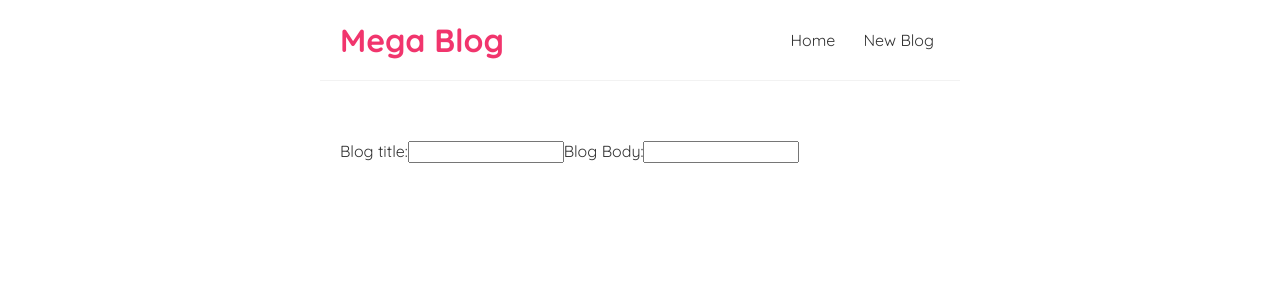
Repository: Amr-Hendawy/blog
Page: /create
An editor plug-in stored every save of this project. The page is shown before and after a run of saves, followed by the edit.
The browser window is 1280 px wide. The pictures show the whole page.
The project was rebuilt for these pictures with package versions that can differ from the ones it lists, and the page was loaded fresh each time. A package was used in the major version that the imports need, not the one package.json lists. Also part of the build but not shown: src/Components/BlogList/BlogList.js, src/Components/Home/Home.css, src/Components/useFetch/useFetch.js, src/Components/Home/Home.js, src/Components/BlogDetails/BlogDetails.js.

Above is the page before, as saved 2022-11-09 19:41:21.

### src/index.css
@import url("https://fonts.googleapis.com/css2?family=Quicksand:wght@300;400;500;600;700&display=swap");
/* base styles */
* {
  margin: 0;
  font-family: "Quicksand";
  color: #333;
}
.navbar {
  padding: 20px;
  display: flex;
  align-items: center;
  max-width: 600px;
  margin: 0 auto;
  border-bottom: 1px solid #f2f2f2;
}
.navbar h1 {
  color: #f1356d;
}
.navbar .links {
  margin-left: auto;
}
.navbar a {
  margin-left: 16px;
  text-decoration: none;
  padding: 6px;
}
.navbar a:hover {
  color: #f1356d;
}
.content {
  max-width: 600px;
  margin: 40px auto;
  padding: 20px;
}
/*blog previews / list*/

.blog-preview {
  padding: 10px 16px;
  margin: 20px 0;
  border-bottom: 1px solid rgba(0, 0, 0, 0.1);
}

.blog-preview:hover {
  box-shadow: 1px 3px 5px rgba(0, 0, 0, 0.1);
}
.blog-preview h2 {
  font-size: 20px;
  color: #f1356d;
  margin-bottom: 8px;
}
.blog-preview a {
  text-decoration: none;
}

### src/App.js
import Home from "./Components/Home/Home";
import { Navbar } from "./Components/Navbar/Navbar";
import { BrowserRouter as Router, Route, Switch } from "react-router-dom";
import Create from "./Components/Create/Create";
import BlogDetails from "./Components/BlogDetails/BlogDetails";
function App() {
  return (
    <Router>
      <div className="App">
        <Navbar />
        <div className="content">
          <Switch>
            <Route exact path="/">
              <Home />
            </Route>
            <Route path="/create">
              <Create />
            </Route>
            <Route path="/blogs/:id">
              <BlogDetails />
            </Route>
          </Switch>
        </div>
      </div>
    </Router>
  );
}

export default App;

### src/Components/Navbar/Navbar.js
import React from "react";
import { Link } from "react-router-dom";
export const Navbar = () => {
  return (
    <div className="navbar">
      <h1>Mega Blog</h1>
      <div className="links">
        <Link to="/">Home</Link>
        <Link to="/create">New Blog</Link>
      </div>
    </div>
  );
};

### src/Components/Create/Create.js
const Create = () => {
  return (
    <div className="create">
      <form>
        <label>Blog title:</label>
        <input type="text" required />
        {""}
        <label>Blog Body:</label>
        <input type="text" required />
      </form>
    </div>
  );
};

export default Create;

Loaded but not shown: src/index.js (common file)

After the next 4 saves:
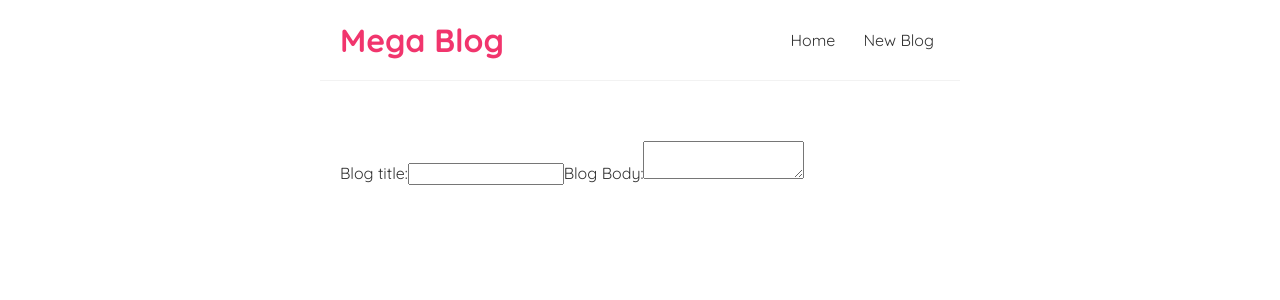
The 4 saves are shown as one change because 2 did not build or start and some came seconds apart.
The last was saved 22 s later.
--- a/src/Components/Create/Create.js
+++ b/src/Components/Create/Create.js
@@ -6,7 +6,7 @@ const Create = () => {
         <input type="text" required />
         {""}
         <label>Blog Body:</label>
-        <input type="text" required />
+        <textarea type="text" required></textarea>
       </form>
     </div>
   );
